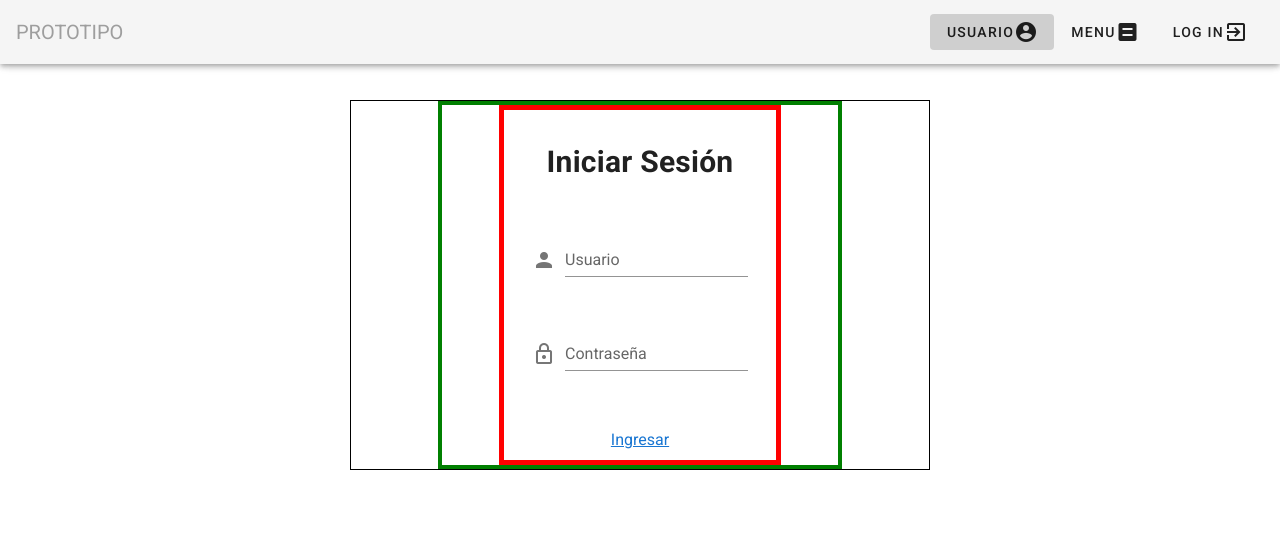
Repository: YojayDeHorta/Administrador-con-filtros
Page: /
The author's editor kept a copy of each file at every save. The page is drawn from the files as they stood at one save, then again after the next save.
The browser window is 1280 px wide. The pictures show the whole page.
The project was rebuilt for these pictures with package versions that can differ from the ones it lists, and the page was loaded fresh each time. Also part of the build but not shown: vue.config.js, src/components/Login.vue, src/views/Options.vue, src/components/Filtro.vue, src/components/CrudClientes.vue, src/views/Filter.vue.

Above is the page before, as saved 2021-09-25 17:01:43.

### public/index.html
<!DOCTYPE html>
<html lang="en">

<head>
    <meta charset="utf-8">
    <meta http-equiv="X-UA-Compatible" content="IE=edge">
    <meta name="viewport" content="width=device-width,initial-scale=1.0">
    <link rel="icon" href="<%= BASE_URL %>favicon.ico">
    <title>
        <%= htmlWebpackPlugin.options.title %>
    </title>
    <link rel="stylesheet" href="https://fonts.googleapis.com/css?family=Roboto:100,300,400,500,700,900">
    <link rel="stylesheet" href="https://cdn.jsdelivr.net/npm/@mdi/font@latest/css/materialdesignicons.min.css">
</head>

<body>
    <noscript>
        <strong>We're sorry but
            <%= htmlWebpackPlugin.options.title %> doesn't work properly without JavaScript enabled. Please enable it to continue.</strong>
    </noscript>
    <div id="app"></div>
    <!-- built files will be auto injected -->
</body>

</html>

### src/main.js
import Vue from 'vue'
import App from './App.vue'
import router from './router'
import store from './store'
import vuetify from './plugins/vuetify'
import axios from 'axios'
import VueAxios from 'vue-axios'

Vue.use(VueAxios, axios)

//lenguaje

Vue.config.productionTip = false
/*
new Vue({
  router,
  store,
  vuetify,
  render: h => h(App)
}).$mount('#app')*/

new Vue({
  router,
  store,
  vuetify,
  render: h => h(App),
  /*created() {
    // Prevent blank screen in Electron builds
    this.$router.push('/')
  }*/
}).$mount('#app')

### src/App.vue
<template>
  <v-app>
    <Navbar :adminVerification="adminVerification" @escuchar="cambioAdmin"></Navbar>
  <v-main>
    <!-- <Crud :adminVerification="adminVerification" ></Crud> -->

      <router-view/>
  </v-main>
  </v-app>
</template>

<script>
import Navbar from './components/Navbar';
export default {
  name: 'App',
  components: {
    Navbar,

  },mounted() {
    this.adminLocal()
  },
  data: () => ({
    drawer:false,
    adminVerification:false
  }),
  methods: {
    cambioAdmin(value){
      console.log("valor del padre"+value);
      this.adminVerification=value;

    },
    adminLocal(){
      if (sessionStorage.getItem("Admin")!=null) {
          this.adminVerification=localStorage.getItem("Admin")
      }
    }
  }
};
</script>

### src/router/index.js
import Vue from 'vue'
import VueRouter from 'vue-router'
import Login from '../views/Login.vue'
import Options from '../views/Options.vue'
import Filter from '../views/Filter.vue'

Vue.use(VueRouter)

const routes = [
  {
    path: '/',
    name: 'Login',
    component: Login
  },
  {
    path: '/options',
    name: 'Options',
    component: Options
  },
  {
    path: '/filter',
    name: 'Filter',
      // route level code-splitting
    // this generates a separate chunk (about.[hash].js) for this route
    // which is lazy-loaded when the route is visited.
    component: Filter
  },
  {
    path: '/cruds',
    name: 'Cruds',
    component: () => import(/* webpackChunkName: "about" */ '../views/Cruds.vue')
  }
]

const router = new VueRouter({
  mode: 'history',
  base: process.env.BASE_URL,
  routes
})

export default router

### src/components/Navbar.vue
<template>
    <v-container>
        <!-- navbar para la app -->
        <v-app-bar app>
            <!-- <v-app-bar-nav-icon @click="drawer= !drawer"></v-app-bar-nav-icon> -->
            <v-btn @click="$router.go(-1)" v-if="isNotLogin" exact text class="gray">
                <v-icon>mdi-arrow-left-circle</v-icon>
                <!-- <span>Volver</span> -->
            </v-btn>
            <v-toolbar-title class="text-uppercase grey--text">
                Prototipo
            </v-toolbar-title>
            <v-spacer></v-spacer>
            <!-- <v-btn text class="success mr-5">ingreso</v-btn> -->
            <v-btn :to="{name: 'Login'}" exact text class="gray">
                <span>Usuario</span>
                <v-icon>mdi-account-circle</v-icon>
            </v-btn>
            <v-btn :to="{name: 'Options'}" exact text class="gray">
                <span>Menu</span>
                <v-icon>mdi-equal-box</v-icon>
            </v-btn>
            <v-btn text @click="dialogAdmin=true" v-if="!adminVerification" class="gray">
                <span>Log in</span>
                <v-icon>mdi-login-variant </v-icon>
            </v-btn>
            <v-btn text @click="logout()" v-else class="gray">
                <span>Log out</span>
                <v-icon>mdi-home-export-outline </v-icon>
            </v-btn>
            <v-btn text @click="logout()" v-else class="gray">
                <span>Log out</span>
                <v-icon>mdi-home-export-outline </v-icon>
            </v-btn>
        </v-app-bar>
        <v-navigation-drawer app v-model="drawer" temporary>
            <v-list-item>
                <v-list-item-content>
                    <v-list-item-title class="text-h6">
                        vuetify
                    </v-list-item-title>
                    <v-list-item-subtitle>
                        prueba de modulos con vue
                    </v-list-item-subtitle>
                </v-list-item-content>
            </v-list-item>
            <v-divider></v-divider>
            <v-list nav dense>
                <v-list-item-group active-class="deep-purple--text text--accent-4">
                    <v-list-item :to="{name: 'Cruds'}">
                        <v-list-item-icon>
                            <v-icon>mdi-file-table</v-icon>
                        </v-list-item-icon>
                        <v-list-item-title>Crud</v-list-item-title>
                    </v-list-item>
                </v-list-item-group>
            </v-list>
        </v-navigation-drawer>
        <!-- dialog administrador -->
        <v-dialog v-model="dialogAdmin" max-width="500px">
            <v-card>
                <v-form @submit.prevent="submitAdmin">
                    <v-card-title><span class="text-h5">Iniciar sesion</span></v-card-title>
                    <v-card-text>
                        <v-container>
                            <v-row>
                                <v-col cols="12">
                                    <v-text-field v-model="admin.user" label="Usuario"></v-text-field>
                                </v-col>
                            </v-row>
                            <v-row>
                                <v-col cols="12">
                                    <v-text-field type="password" v-model="admin.pass" label="Password"></v-text-field>
                                </v-col>
                            </v-row>
                        </v-container>
                    </v-card-text>
                    <v-card-actions>
                        <v-spacer></v-spacer>
                        <v-btn color="red darken-1" text @click="dialogAdmin=false"> Cancelar </v-btn>
                        <v-btn color="blue darken-1" type="submit" text> Guardar </v-btn>
                    </v-card-actions>
                </v-form>
            </v-card>
        </v-dialog>
        <!-- SNACKBAR PARA LOS MENSAJES -->
        <v-snackbar v-model="snackbar">
            {{ mensaje }}
            <v-btn color="error" class="ml-5" @click="snackbar = false">cerrar</v-btn>
        </v-snackbar>
    </v-container>
</template>
<script>
import axios from 'axios'
var url = "http://localhost:3000/api/admin"

export default {
    name: 'Navbar',
    props: {
        adminVerification: null
    },
    data() {
        return {
            drawer: false,
            //dialog y datos para el admin
            dialogAdmin: false,
            admin: {
                user: '',
                pass: ''
            },
            //codigo del snackbar para mensajes
            snackbar: false,
            mensaje: '',
        }
    },
    methods: {
        async submitAdmin() {
            let res = await axios.post(url, this.admin)
            if (res.data) {
                this.$emit('escuchar', true)
                sessionStorage.setItem("Admin", true);
                this.admin.user = ''
                this.admin.pass = ''
                this.dialogAdmin = false
                this.snackbar = true
                this.mensaje = 'login realizado correctamente'
            } else {
                this.snackbar = true,
                    this.mensaje = 'error - usuario o contraseña incorrecta'
            }
        },
        logout() {
            this.$emit('escuchar', false)
            sessionStorage.removeItem('Admin')
            this.snackbar = true
            this.mensaje = 'cerrado de sesion realizado correctamente'
        },
        //para el volver

    },
    computed: {
        hasHistory() {
            this.historial = window.history.length
            console.log(this.historial);

            if (this.historial > 2) {
                return this.historial
            }
            return this.historial
        },
        isNotLogin() {
            return this.$route.name !== 'Login'
        }
    }
}
</script>
<style>
.caminos {
    background: red;
}
</style>

### src/views/Login.vue
<template>
    <v-container>
        <Tabs></Tabs>

    </v-container>
</template>
<script>
import Tabs from '../components/Tabs_Login.vue';
export default {
    name: 'Home',

    components: {
      Tabs
    },
}
</script>

### src/components/Tabs_Login.vue
<template>
    <div class="Marco text-center">
        <!---
        <h1 class="Titulo text-center font-weight-bold text-h2 basil--text mt-5">
            BIENVENIDO<br>
            <v-icon class="Filtrar" style="font-size:100px">mdi-account-circle</v-icon>
        </h1>
    -->
        <section class="Marco-Login d-flex justify-center">
            <!--
            <v-card class="form-login" height="400px" style="width:400px">
            -->
            <v-form class="form-login text-center" @submit.prevent="submitAdmin">
                <v-card-title class="title d-flex justify-center" align="center">
                    <h2 style="width:200px" class="Titulo text-center mt-5">Iniciar Sesión</h2>
                </v-card-title>
                <v-card-text>
                    <v-container>
                        <br>
                        <v-row>
                            <v-col cols="12">
                                <v-text-field prepend-icon="mdi-account" label="Usuario"></v-text-field>
                            </v-col>
                        </v-row>
                        <v-row>
                            <v-col cols="12">
                                <v-text-field type="password" prepend-icon="mdi-lock-outline" label="Contraseña">
                                </v-text-field>
                            </v-col>
                        </v-row>
                    </v-container>
                </v-card-text>
                <v-card-actions class="d-flex justify-center">
                    <router-link to="/options">Ingresar</router-link>
                </v-card-actions>
            </v-form>
        </section>

    </div>
</template>
<style>
    .Titulo {
        /*border: 5px solid red;*/
        margin: auto;
        width: 100%;
    }

    .Marco {
        border: 1px solid black;
        width: 50%;
        margin: auto;
        /*background-color: grey;*/
    }

    .form-login {
        border: 5px solid red;
        /*width: 300px;*/
    }


    .Marco-Login {
        width: 70%;
        border: 4px solid green;
        margin: auto;
    }


</style>
<script>
    import Login from '../components/Login.vue';

    //import Sign from '../components/Registro.vue';
    export default {
        components: {
            Login,

        },
        data() {
            return {
                //tab: null,
                //num: 2,
                //items: [
                  //  'Inicio Sesion', 'Registro'
                //]
            }
        }
    }
</script>

Loaded but not shown: src/store/index.js (common file); src/plugins/vuetify.js (common file)

After the next save:
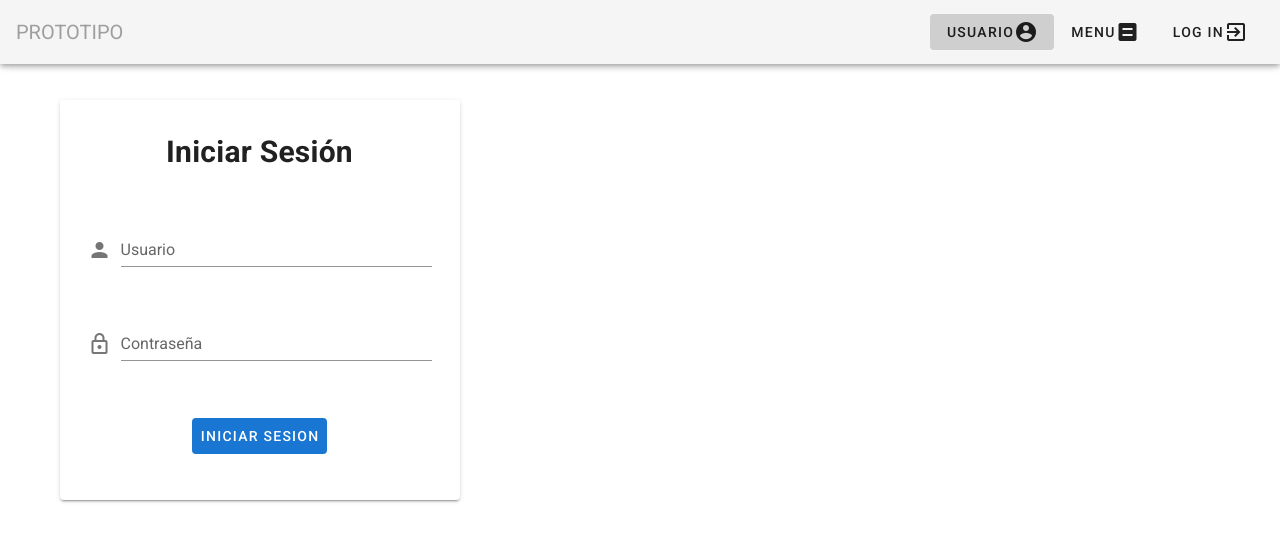
Saved 16 s later.
--- a/src/views/Login.vue
+++ b/src/views/Login.vue
@@ -1,6 +1,30 @@
 <template>
     <v-container>
-        <Tabs></Tabs>
+              <v-card height="400px" style="width:400px">
+            <v-form class="text-center" @submit.prevent="submitAdmin">
+                <v-card-title class="title d-flex justify-center" align="center">
+                    <h2 style="width:200px" class="Titulo text-center mt-5">Iniciar Sesión</h2>
+                </v-card-title>
+                <v-card-text>
+                    <v-container>
+                        <br>
+                        <v-row>
+                            <v-col cols="12">
+                                <v-text-field prepend-icon="mdi-account" label="Usuario"></v-text-field>
+                            </v-col>
+                        </v-row>
+                        <v-row>
+                            <v-col cols="12">
+                                <v-text-field type="password"  prepend-icon="mdi-lock-outline" label="Contraseña"></v-text-field>
+                            </v-col>
+                        </v-row>
+                    </v-container>
+                </v-card-text>
+                <v-card-actions class="d-flex justify-center">
+                      <v-btn :to="{name: 'Options'}" exact text class="primary"><span>Iniciar sesion</span></v-btn>
+                </v-card-actions>
+            </v-form>
+        </v-card>
 
     </v-container>
 </template>
